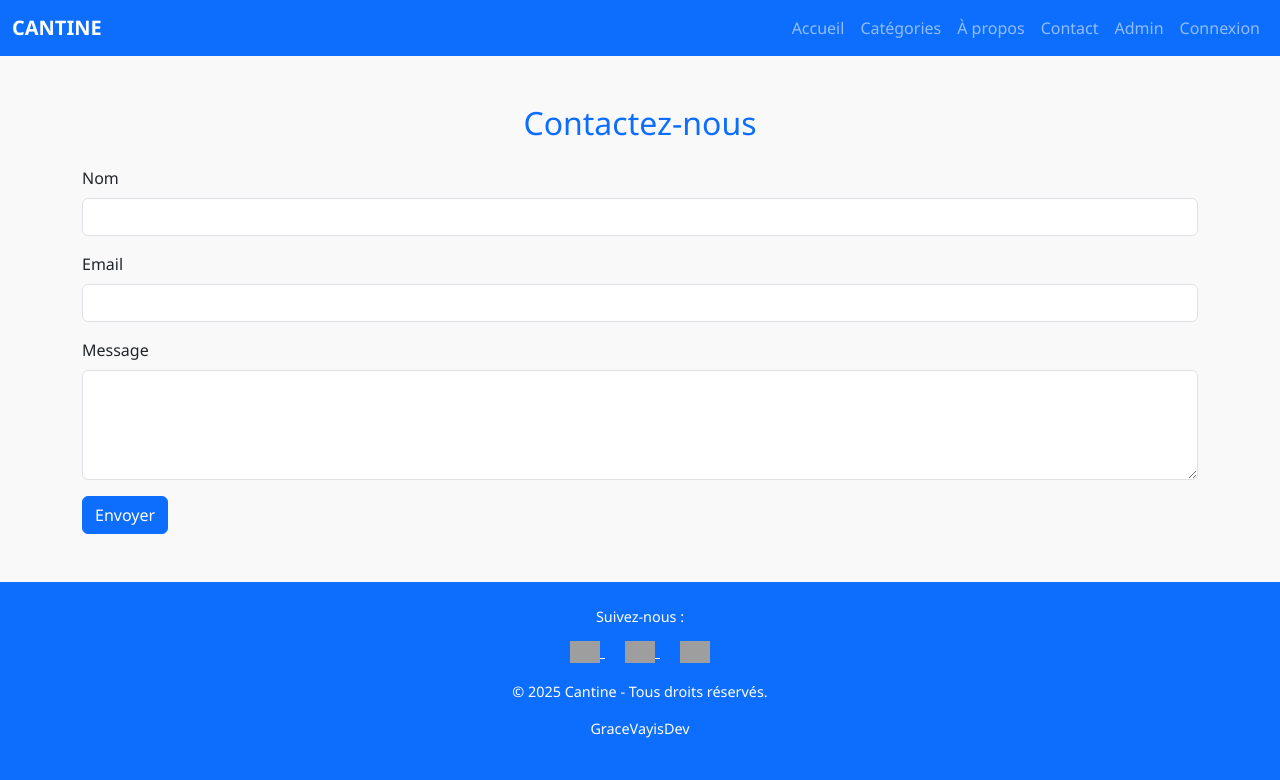
Repository: gradi243/catine
Page: contact.html
The author's editor kept a copy of each file at every save. The page is drawn from the files as they stood at one save, then again after the next save.
The browser window is 1280 px wide. The pictures show the whole page.
Pictures or frames that could not be fetched are drawn as grey boxes.

Above is the page before, as saved 2025-06-30 22:54:21.

### contact.html

    <!DOCTYPE html>
    <html lang="fr">
    <head>
        <meta charset="UTF-8">
        <meta name="viewport" content="width=device-width, initial-scale=1.0">
        <title>Contact - Cantine</title>
        <link href="https://cdn.jsdelivr.net/npm/bootstrap@5.3.2/dist/css/bootstrap.min.css" rel="stylesheet">
        <link rel="stylesheet" href="./bootstrap-5.3.3-dist/css/bootstrap.min.css">
        <link rel="stylesheet" href="assets/css/style.css">
    </head>
    <body>

    <nav class="navbar navbar-expand-lg navbar-dark bg-primary">
        <div class="container-fluid">
            <a class="navbar-brand" href="index.html"><strong>CANTINE</strong></a>
            <button class="navbar-toggler" type="button" data-bs-toggle="collapse" data-bs-target="#navbarNav">
                <span class="navbar-toggler-icon"></span>
            </button>
            <div class="collapse navbar-collapse" id="navbarNav">
                <ul class="navbar-nav ms-auto">
                    <li class="nav-item"><a class="nav-link" href="index.html">Accueil</a></li>
                    <li class="nav-item"><a class="nav-link" href="categorie.html">Catégories</a></li>
                    <li class="nav-item"><a class="nav-link" href="apropos.html">À propos</a></li>
                    <li class="nav-item"><a class="nav-link" href="contact.html">Contact</a></li>
                    <li class="nav-item"><a class="nav-link" href="admin/index.html">Admin</a></li>
                    <li class="nav-item"><a class="nav-link" href="login.html">Connexion</a></li>
                </ul>
            </div>
        </div>
    </nav>


        <section class="container my-5">
            <h2 class="text-center mb-4 text-primary">Contactez-nous</h2>
            <form>
                <div class="mb-3">
                    <label for="nom" class="form-label">Nom</label>
                    <input type="text" class="form-control" id="nom" required>
                </div>
                <div class="mb-3">
                    <label for="email" class="form-label">Email</label>
                    <input type="email" class="form-control" id="email" required>
                </div>
                <div class="mb-3">
                    <label for="message" class="form-label">Message</label>
                    <textarea class="form-control" id="message" rows="4" required></textarea>
                </div>
                <button type="submit" class="btn btn-primary">Envoyer</button>
            </form>
        </section>


        <footer class="text-center text-white py-4 bg-primary mt-5">
            <div class="mb-2">Suivez-nous :</div>
            <div class="social-icons">
                <a href="#"> <img src="./icon/facebook.svg"> </a>
                <a href="#"> <img src="./icon/envelope.svg"> </a>
                <a href="#"> <img src="./icon/whatsapp.svg"> </a>
            </div>
            <p class="mt-3">&copy; 2025 Cantine - Tous droits réservés.</p>
            <p>GraceVayisDev</p>
        </footer>

        <script src="https://cdn.jsdelivr.net/npm/bootstrap@5.3.2/dist/js/bootstrap.bundle.min.js"></script>
        <script src="./bootstrap-5.3.3-dist/js/bootstrap.min.js"></script>
    </body>
    </html>

### assets/css/style.css

body {
    font-family: 'Segoe UI', Tahoma, Geneva, Verdana, sans-serif;
    background-color: #f9f9f9;
}

.card-title {
    color: #0d6efd;
}

footer {
    font-size: 0.9rem;
}

.social-icons a {
    color: white;
    margin: 0 10px;
    font-size: 1.2rem;
}

.carousel-inner img {
    object-fit: cover;
    height: 400px;
}
.social-icons a img{
    width: 30px;
}

Loaded but not shown: bootstrap-5.3.3-dist/css/bootstrap.min.css (library); bootstrap-5.3.3-dist/js/bootstrap.min.js (library)

After the next save:
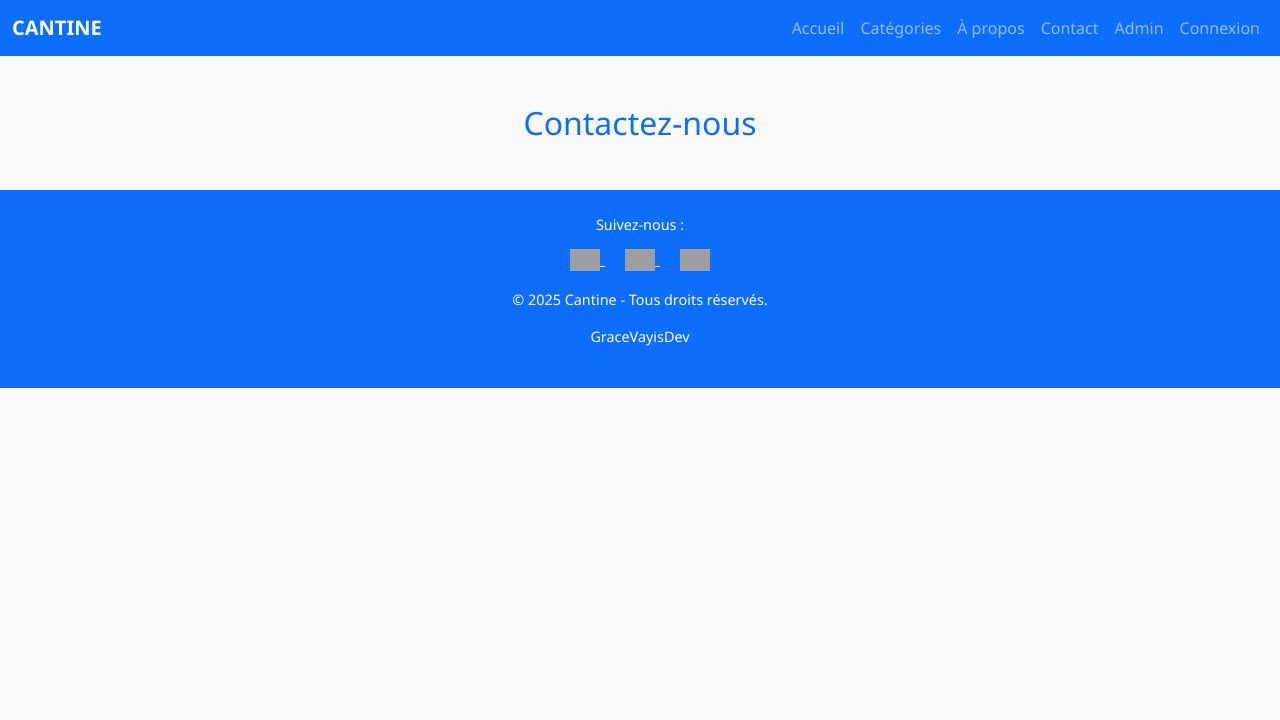
Saved 91 s later.
--- a/contact.html
+++ b/contact.html
@@ -33,21 +33,7 @@
 
         <section class="container my-5">
             <h2 class="text-center mb-4 text-primary">Contactez-nous</h2>
-            <form>
-                <div class="mb-3">
-                    <label for="nom" class="form-label">Nom</label>
-                    <input type="text" class="form-control" id="nom" required>
-                </div>
-                <div class="mb-3">
-                    <label for="email" class="form-label">Email</label>
-                    <input type="email" class="form-control" id="email" required>
-                </div>
-                <div class="mb-3">
-                    <label for="message" class="form-label">Message</label>
-                    <textarea class="form-control" id="message" rows="4" required></textarea>
-                </div>
-                <button type="submit" class="btn btn-primary">Envoyer</button>
-            </form>
+
         </section>
 
 
